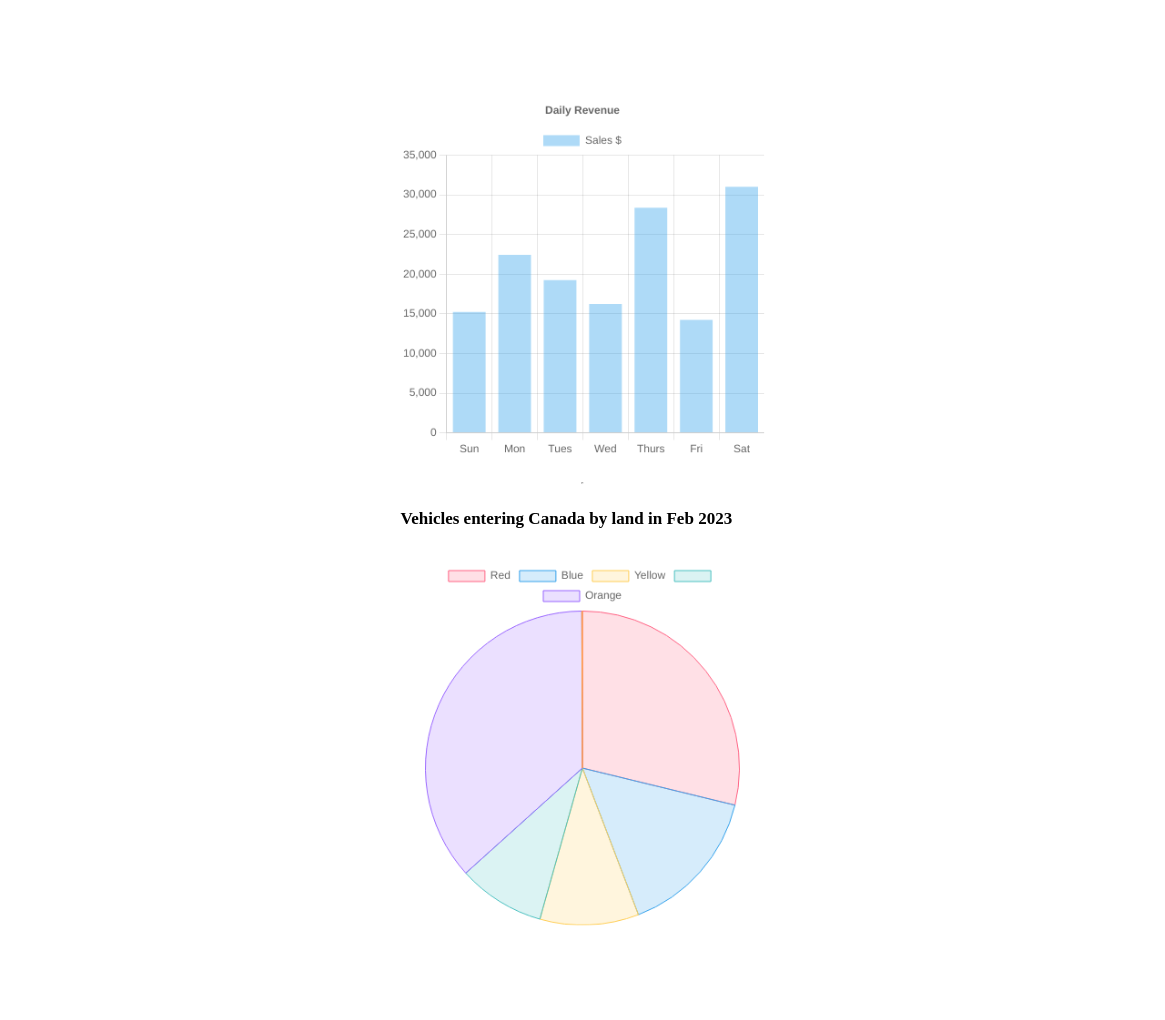
Repository: anoncoderin/dcd-charts-11week
Page: /
An editor plug-in stored every save of this project. The page is shown before and after a run of saves, followed by the edit.
The browser window is 1280 px wide. The pictures show the whole page, at 91% of full size.
The project was rebuilt for these pictures with package versions that can differ from the ones it lists, and the page was loaded fresh each time. The framework's server and built-in components were replaced by stand-ins that run in the browser. Also part of the build but not shown: next.config.js.

Above is the page before, as saved 2023-03-24 11:48:09.

After the next 2 saves:
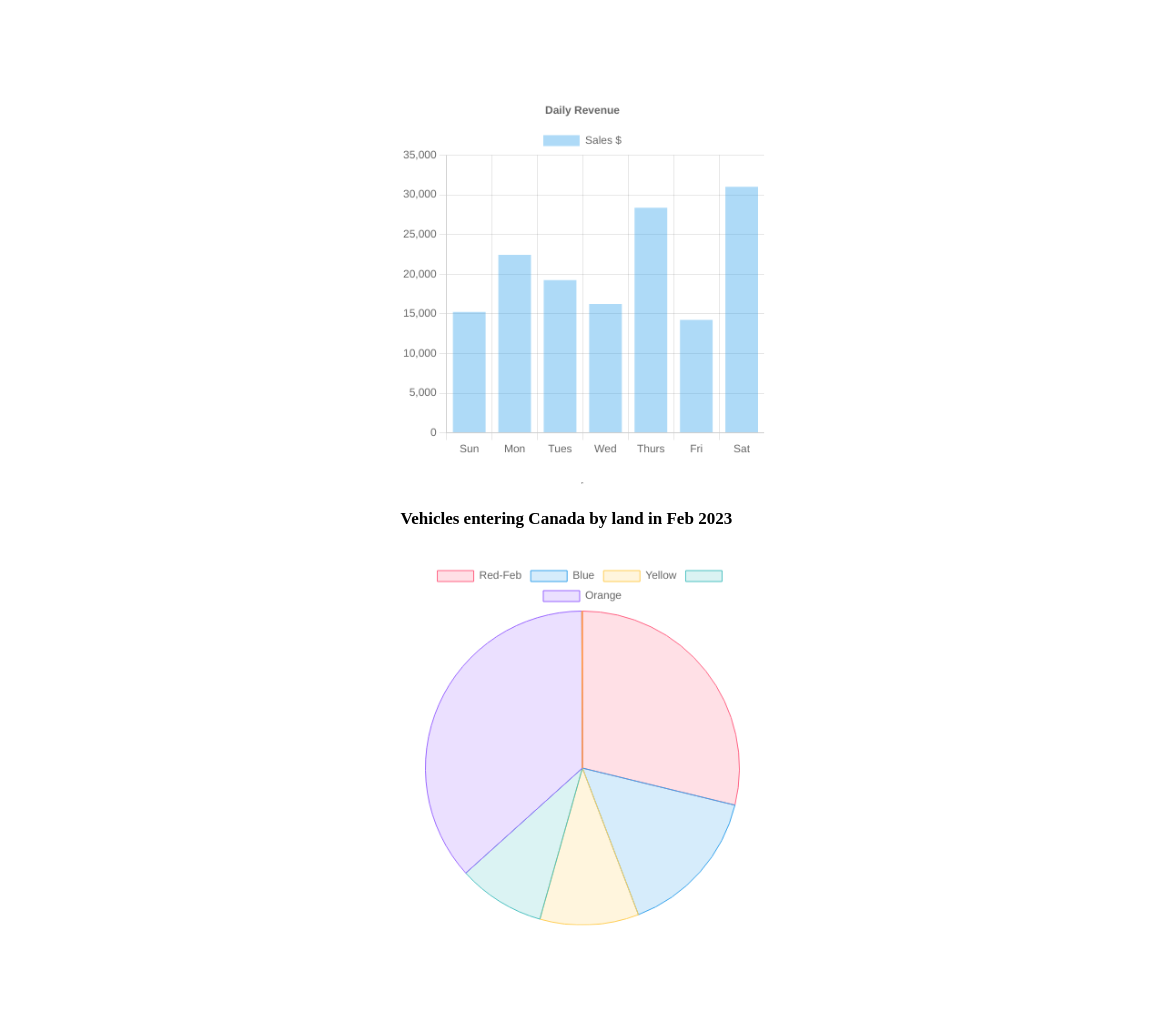
The 2 saves are shown as one change because they came seconds apart.
The last was saved 3 min 25 s later.
--- a/components/PieChart/index.js
+++ b/components/PieChart/index.js
@@ -16,7 +16,7 @@ ChartJS.register(ArcElement,
 
 export default function PieChart() {
 const data = {
-  labels: ["Red", "Blue", "Yellow", "", "Orange"],
+  labels: ["Red-Feb", "Blue", "Yellow", "", "Orange"],
   datasets: [
     {
       label: "# of Votes",
